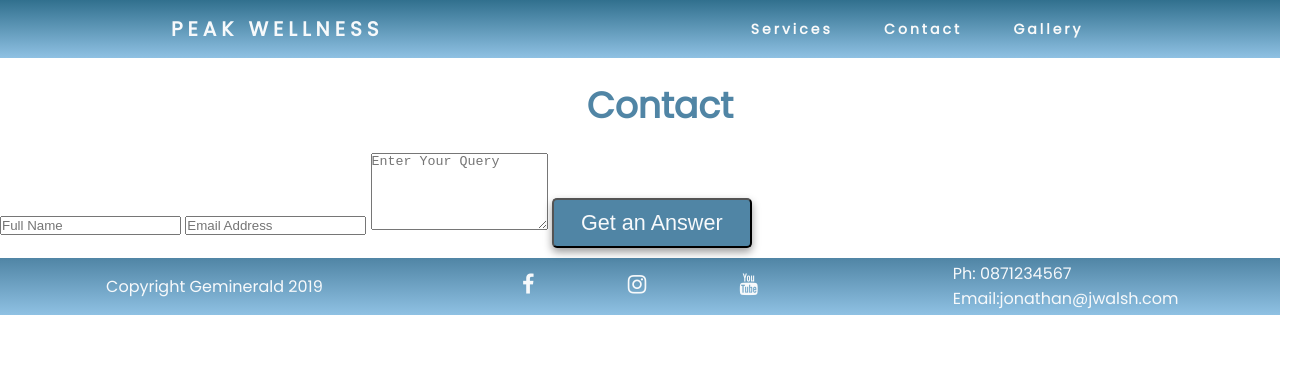
Repository: geminerald/peakwellness
Page: contact.html
The author's editor kept a record of every edit. The page is drawn from the files as they stood at one moment, then again after the next edit.
The browser window is 1280 px wide. The page is 1300 px wide, so the pictures cover 1300 px, including what lies to the right of the window. The pictures show the whole page.

Above is the page before.

After the next edit:
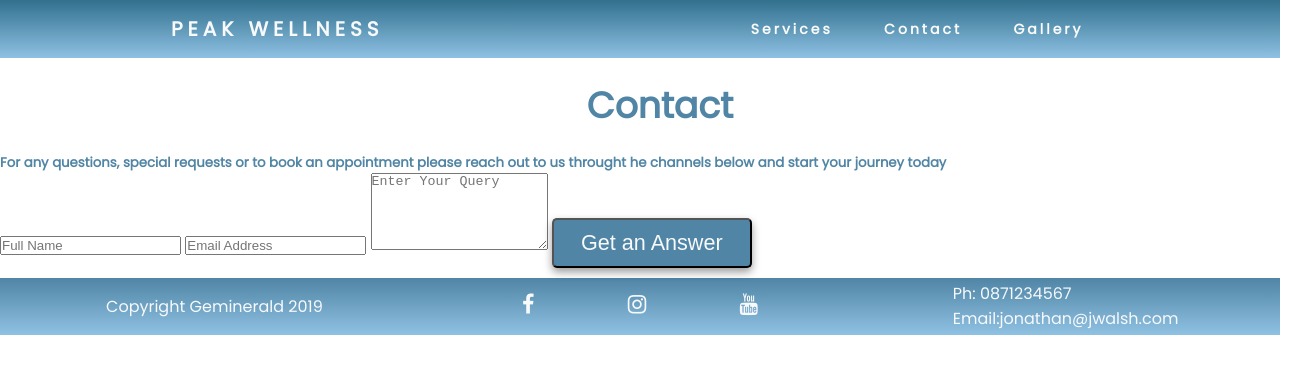
The edit:
--- a/contact.html
+++ b/contact.html
@@ -41,6 +41,7 @@
 
             <h1>Contact</h1>
             <div class="contacts">
+                <h5>For any questions, special requests or to book an appointment please reach out to us throught he channels below and start your journey today</h5>
                 <div class="contact"></div>
                 <div class="contact"></div>
                 <div class="contact"></div>
